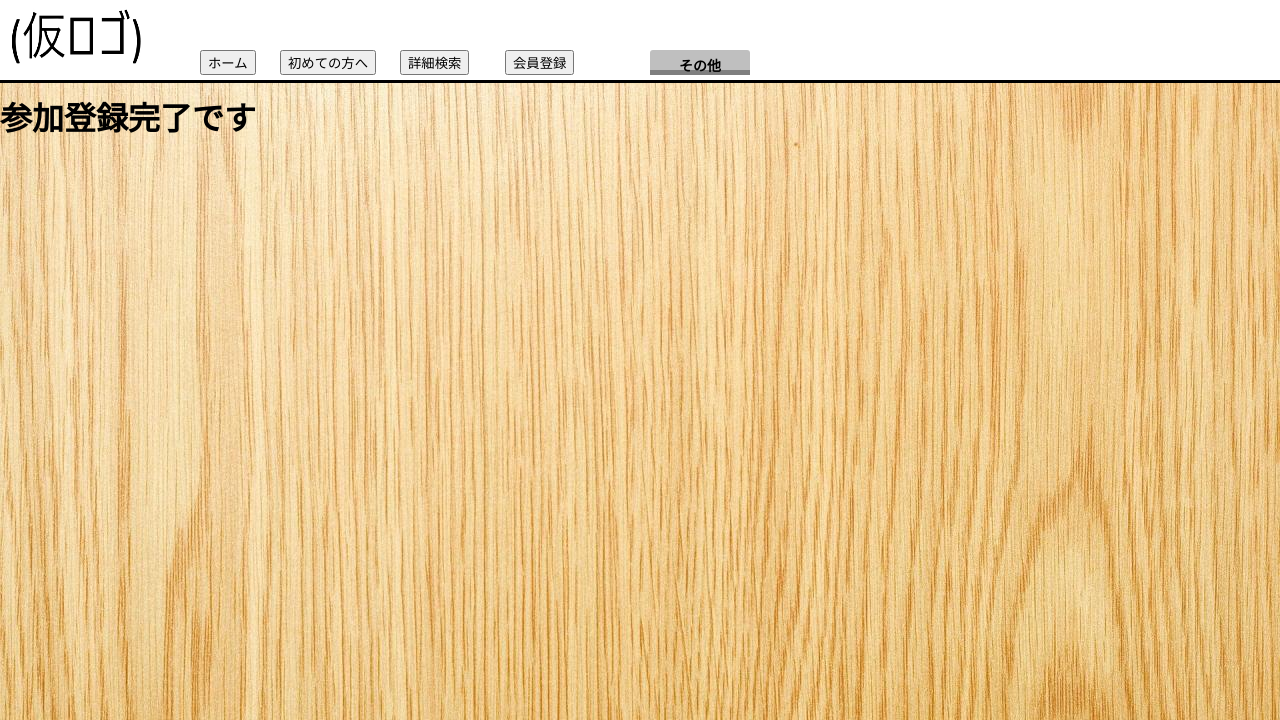
Repository: k0816/backup-master
Page: http://localhost/cycle/partyJoinComplete .jsp
These files come from the project's save history. The page is drawn as it stood at one moment and after the next save; the edit follows.
The browser window is 1280 px wide. The pictures show the whole page.
The page is served by Tomcat 9.

Above is the page before, as saved 2018-01-18 05:50:19.

After the next save:
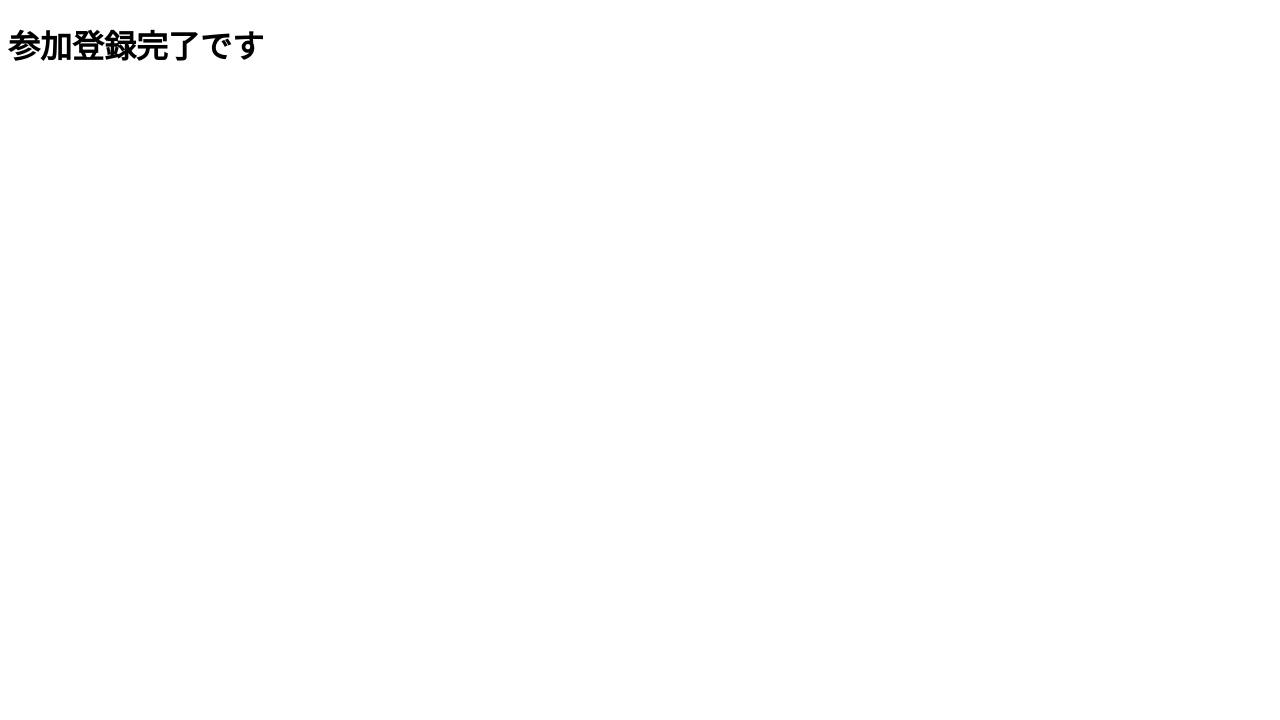
Saved 39 min 6 s later.
--- a/cycle/WebContent/partyJoinComplete .jsp
+++ b/cycle/WebContent/partyJoinComplete .jsp
@@ -8,7 +8,6 @@
 <title>Insert title here</title>
 </head>
 <body>
-<jsp:include page="/includeHeader.jsp" flush="true" />
 
 <h1>参加登録完了です</h1>
 </body>
